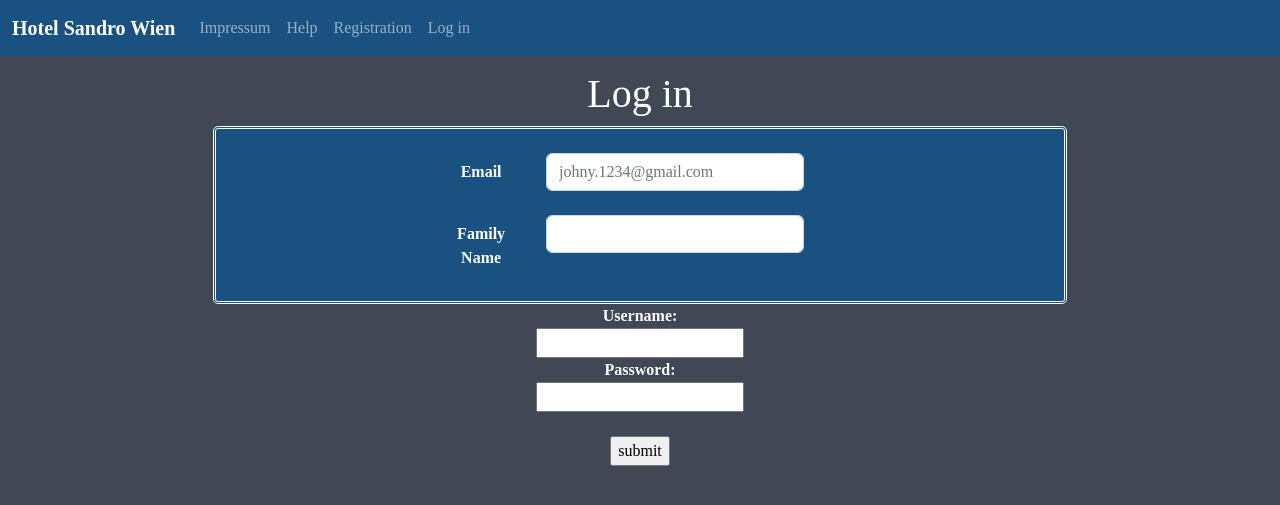
Repository: TIS0N/Hotel_Sandro
Page: http://localhost/pages/login.php
These files come from the project's save history. The page is drawn as it stood at one moment and after the next save; the edit follows.
The browser window is 1280 px wide. The pictures show the whole page.
The page is run by PHP 8.4 with error messages shown; the project is at /var/www/html/.

Above is the page before, as saved 2022-10-10 22:47:21.

### pages/login.php
<!DOCTYPE html>
<html lang="en">
<head>
    <meta charset="UTF-8">
    <meta http-equiv="X-UA-Compatible" content="IE=edge">
    <meta name="viewport" content="width=device-width, initial-scale=1.0">
    <link href="https://cdn.jsdelivr.net/npm/bootstrap@5.2.2/dist/css/bootstrap.min.css" rel="stylesheet" integrity="sha384-Zenh87qX5JnK2Jl0vWa8Ck2rdkQ2Bzep5IDxbcnCeuOxjzrPF/et3URy9Bv1WTRi" crossorigin="anonymous">
    <script src="https://cdn.jsdelivr.net/npm/bootstrap@5.2.2/dist/js/bootstrap.bundle.min.js" integrity="sha384-OERcA2EqjJCMA+/3y+gxIOqMEjwtxJY7qPCqsdltbNJuaOe923+mo//f6V8Qbsw3" crossorigin="anonymous"></script>
    <link rel="stylesheet" href="../res/css/stylesheet.css">
    <title>Hotel Sandro Wien - Log In</title>
</head>
<body id="body">

<?php
include "../inc/navigation.php";
?>

    <h1>Log in</h1>

    <div id="formular" class="container text-center col-8">
        <div class="row justify-content-center">
            <div class="col-6">
                <form action="">
                <br><div class="row mb-4">
                        <label for="fname" class="col-sm-3 col-form-label"><strong>Email</strong></label>
                        <div class="col-sm-8">
                            <input type="email" class="form-control" id="email" placeholder="johny.1234@gmail.com">
                        </div>
                    </div>
                    <div class="row mb-4">
                        <label for="lname" class="col-sm-3 col-form-label"><strong>Family Name</strong></label>
                        <div class="col-sm-8">
                            <input type="password" class="form-control" id="password">
                        </div>
                    </div>
                </form>
            </div>
        </div>
    </div>



    <form>
        <label for="username"><strong>Username:</strong></label><br>
        <input type="text" id="username" name="username"><br>
        <label for="password"><strong>Password:</strong></label><br>
        <input type="password" id="password" name="password"><br><br>

        <input type="submit" value="submit">

    </form>

</body>
</html>

### inc/navigation.php
<?php
    if(file_exists("./index.php")){
        $includePath = ".";
    }
    else{
        $includePath = "..";
    }
?>

<div id="navBar">
        <nav class="navbar fixed-top navbar-expand-lg navbar-dark" style="background-color: #195181;">
            <div class="container-fluid">
                <a class="navbar-brand" href= <?php echo "$includePath/index.php"?> style="color: rgb(255, 255, 255);"><strong>Hotel Sandro Wien</strong></a>
                <button class="navbar-toggler" type="button" data-bs-toggle="collapse" data-bs-target="#navbarNav" aria-controls="navbarNav" aria-expanded="false" aria-label="Toggle navigation">
                    <span class="navbar-toggler-icon"></span>
                </button>
                <div class="collapse navbar-collapse" id="navbarNav">
                    <ul class="navbar-nav">
                        <li class="nav-item">
                            <a class="nav-link"href= <?php echo "$includePath/pages/impressum.php"?> class="navbar-brand">Impressum</a>
                        </li>
                        <li class="nav-item">
                            <a class="nav-link" href=<?php echo "$includePath/pages/help.php"?> class="navbar-brand">Help</a>
                        </li>
                        <li class="nav-item">
                            <a class="nav-link" href=<?php echo "$includePath/pages/registration.php"?> class="navbar-brand">Registration</a>
                        </li>
                        <li class="nav-item">
                            <a class="nav-link" href=<?php echo "$includePath/pages/login.php"?> class="navbar-brand">Log in</a>
                        </li>

                    </ul>
                </div>
            </div>
        </nav>
    </div>

### res/css/stylesheet.css
#body{
    background-color: rgb(63, 72, 84);
    color: rgb(255, 255, 255);
    padding-top: 70px;
    text-align: center;
    font-family: cursive;
}

#hotelSandroPhoto{
    width: 600px;
    height: 450px;
}

#formular{
    background-color: #195181;
    border-radius: 5px;
    border-color: rgb(255, 255, 255);
    border-style: double;
}

After the next save:
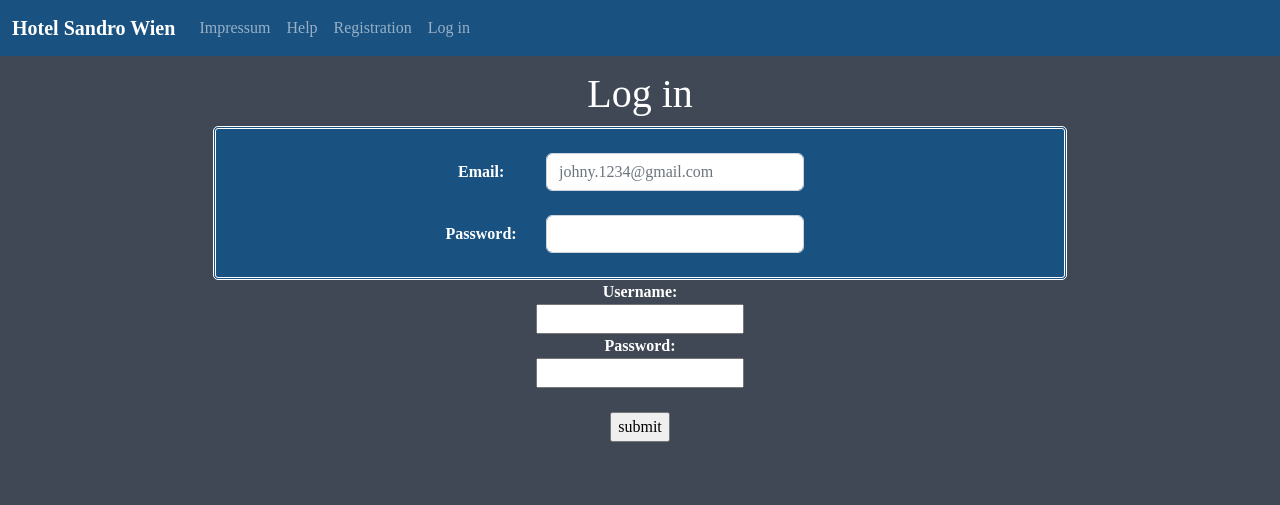
Saved 37 s later.
--- a/pages/login.php
+++ b/pages/login.php
@@ -22,13 +22,13 @@ include "../inc/navigation.php";
             <div class="col-6">
                 <form action="">
                 <br><div class="row mb-4">
-                        <label for="fname" class="col-sm-3 col-form-label"><strong>Email</strong></label>
+                        <label for="fname" class="col-sm-3 col-form-label"><strong>Email:</strong></label><br>
                         <div class="col-sm-8">
                             <input type="email" class="form-control" id="email" placeholder="johny.1234@gmail.com">
                         </div>
                     </div>
                     <div class="row mb-4">
-                        <label for="lname" class="col-sm-3 col-form-label"><strong>Family Name</strong></label>
+                        <label for="lname" class="col-sm-3 col-form-label"><strong>Password:</strong></label><br>
                         <div class="col-sm-8">
                             <input type="password" class="form-control" id="password">
                         </div>
